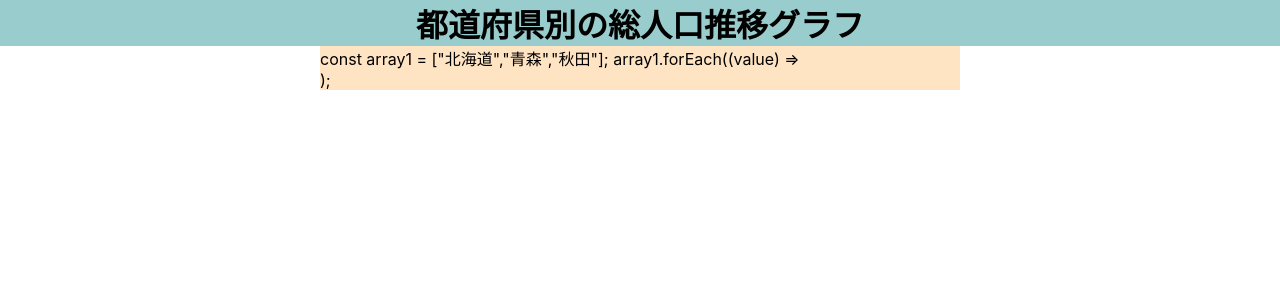
Repository: shisyamoCat/reqriutment-test
Page: /
These files come from the project's save history. The page is drawn as it stood at one moment and after the next save; the edit follows.
The browser window is 1280 px wide. The pictures show the whole page.
The page's requests for data from a server got no answer. The project was rebuilt for these pictures with package versions that can differ from the ones it lists, and the page was loaded fresh each time. No one was signed in, and anything a server would have sent is missing. Also part of the build but not shown: src/components/Pref.jsx.

Above is the page before, as saved 2022-07-06 16:38:04.

After the next save:
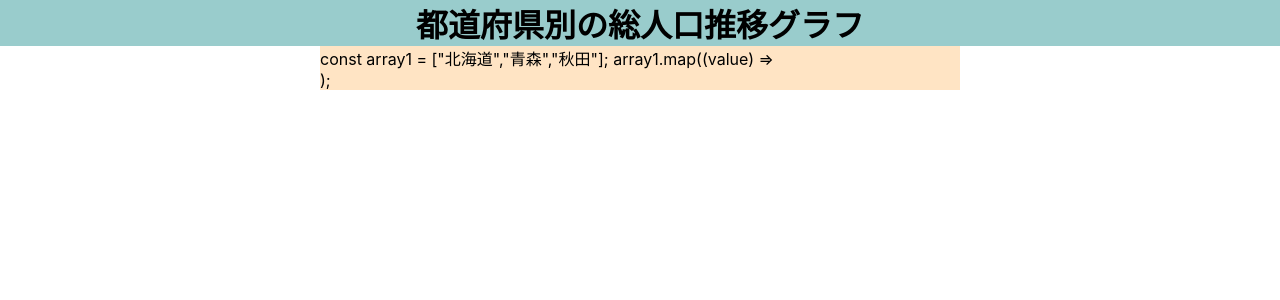
Saved 103 s later.
--- a/src/components/PrefLists.jsx
+++ b/src/components/PrefLists.jsx
@@ -13,7 +13,7 @@ const PrefLists = (props) => {
                     />
             })} */}
             const array1 = ["北海道","青森","秋田"];
-            array1.forEach((value) => <FormGroup/>);
+            array1.map((value) => <FormGroup/>);
                 {/* <input
                     id='check'
                     type="checkbox"
